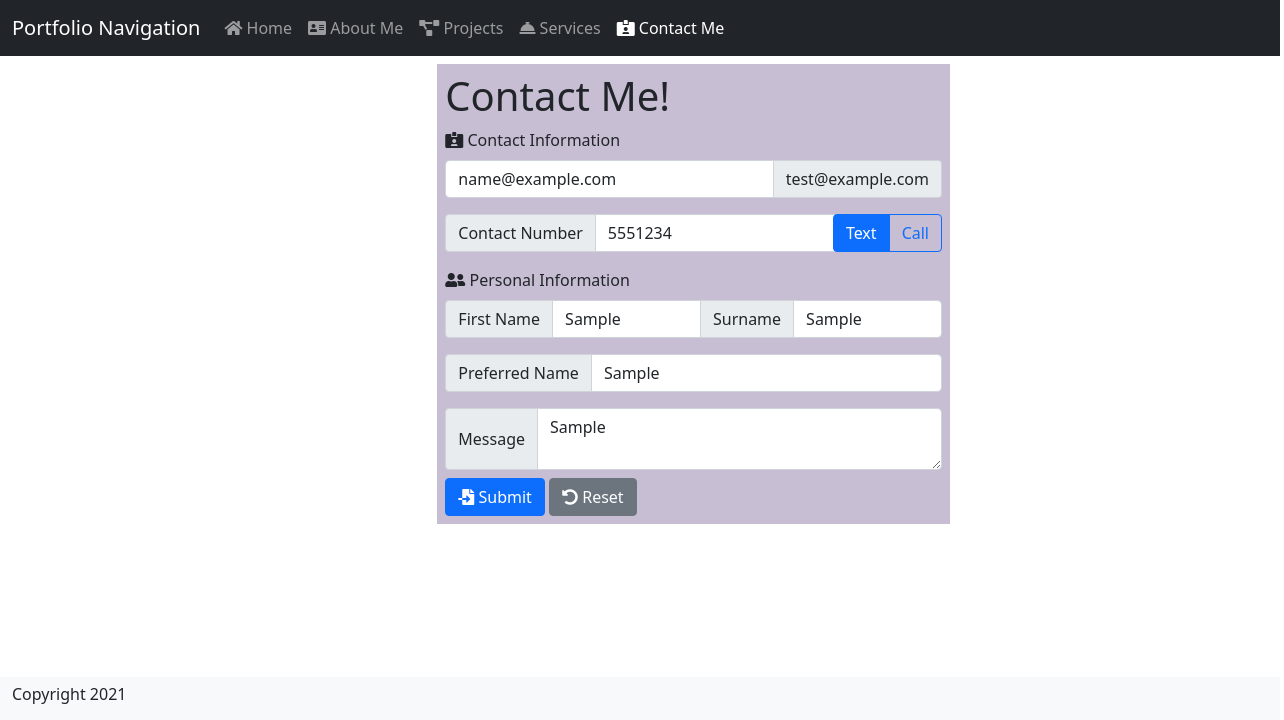
Repository: GarlicButterBoy/Portfolio
Page: contact.html
The author's editor kept a copy of each file at every save. The page is drawn from the files as they stood at one save, then again after a run of saves.
The browser window is 1280 px wide. The page is 1284 px wide, so the pictures cover 1284 px, including what lies to the right of the window. The pictures show the whole page.
Empty fields were first filled with sample values (such as "Sample", 5 or name@example.com).
After loading, the first visible `#contactNumber` was changed once.

Above is the page before, as saved 2021-06-14 12:02:32.
Console error: ReferenceError: let is not defined

After the next 4 saves:
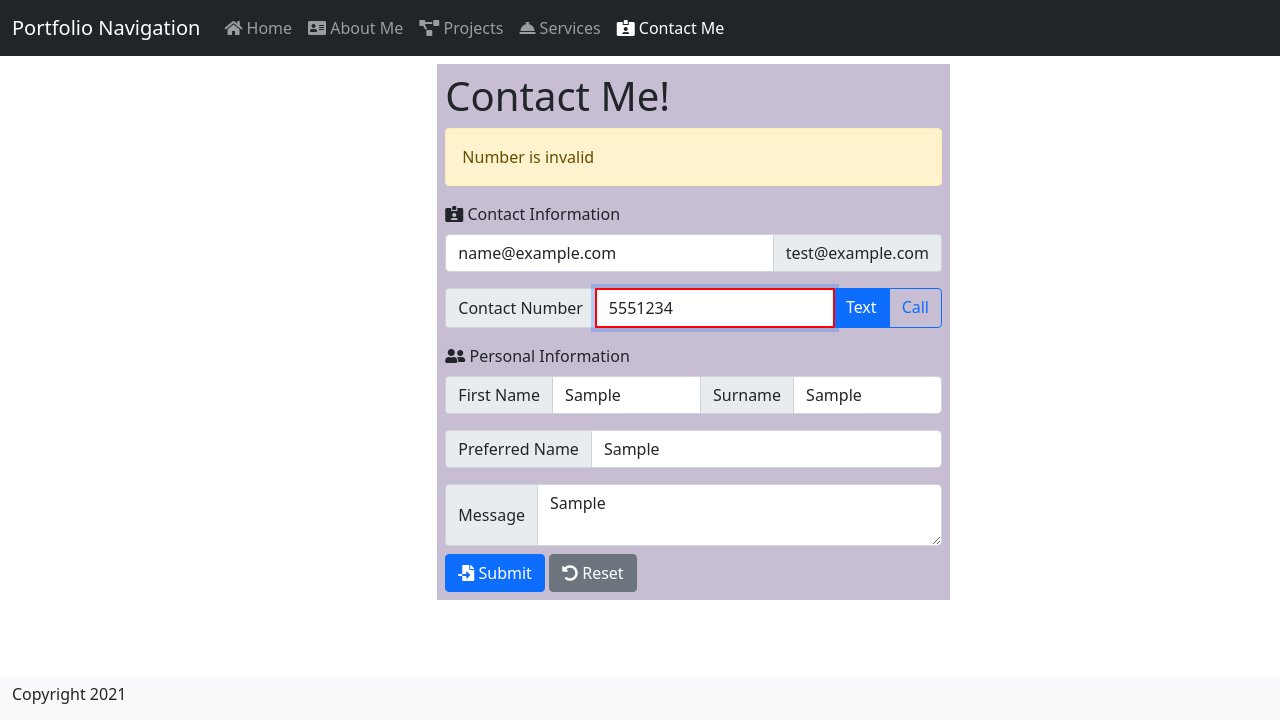
The error is gone.
The 4 saves are shown as one change because they came seconds apart.
The last was saved 9 s later.
--- a/Scripts/app.js
+++ b/Scripts/app.js
@@ -121,7 +121,7 @@ class Contact
 
         //Phone Number Validation
         $("#contactNumber").on("change", (e) => {
-            let
+            let phonePattern = /^(\+\d{1,2}\s)?\(?\d{3}\)?[\s.-]\d{3}[\s.-]\d{4}$/;
             if(($("#contactNumber").val()))
             {
                 $("#errorMessage")[0].textContent = "Number is invalid";
